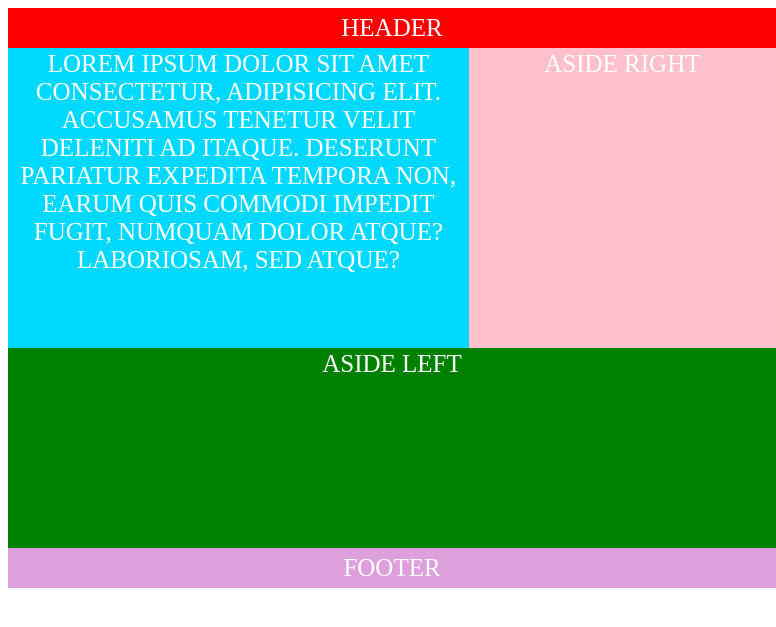
Repository: magdaf41/CSS
Page: zadanie_7/index.html
An editor plug-in stored every save of this project. The page is shown before and after the next save, followed by the edit.
The browser window is 768 px wide. The page is 776 px wide, so the pictures cover 776 px, including what lies to the right of the window. The pictures show the whole page.

Above is the page before, as saved 2020-08-24 21:42:05.

After the next save:
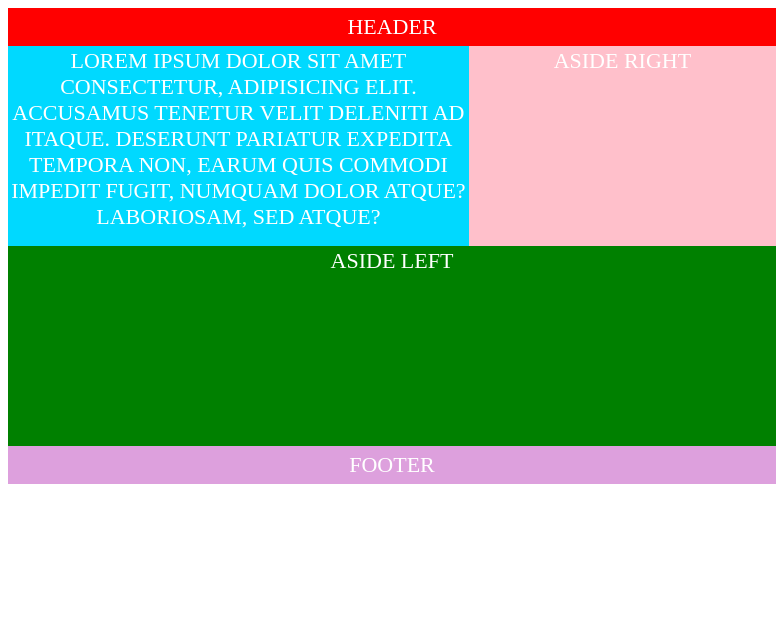
Saved 26 s later.
--- a/zadanie_7/css/style.css
+++ b/zadanie_7/css/style.css
@@ -3,14 +3,14 @@
     text-transform: uppercase;
     color: white;
     width: 100%;
-    font-size: 25px;
+    font-size: 22px;
     text-align: center;
 }
 
 main {
     display: flex;
     align-content: flex-start;
-    height: 500px;
+    height: 400px;
 }
 
 h1{
@@ -53,12 +53,12 @@ footer{
     }
     p{
         width: 60%;
-        height: 300px;
+        height: 200px;
 
     }
     #right{
         width: 40%;
-        height: 300px;
+        height: 200px;
 
     }
     #left{
